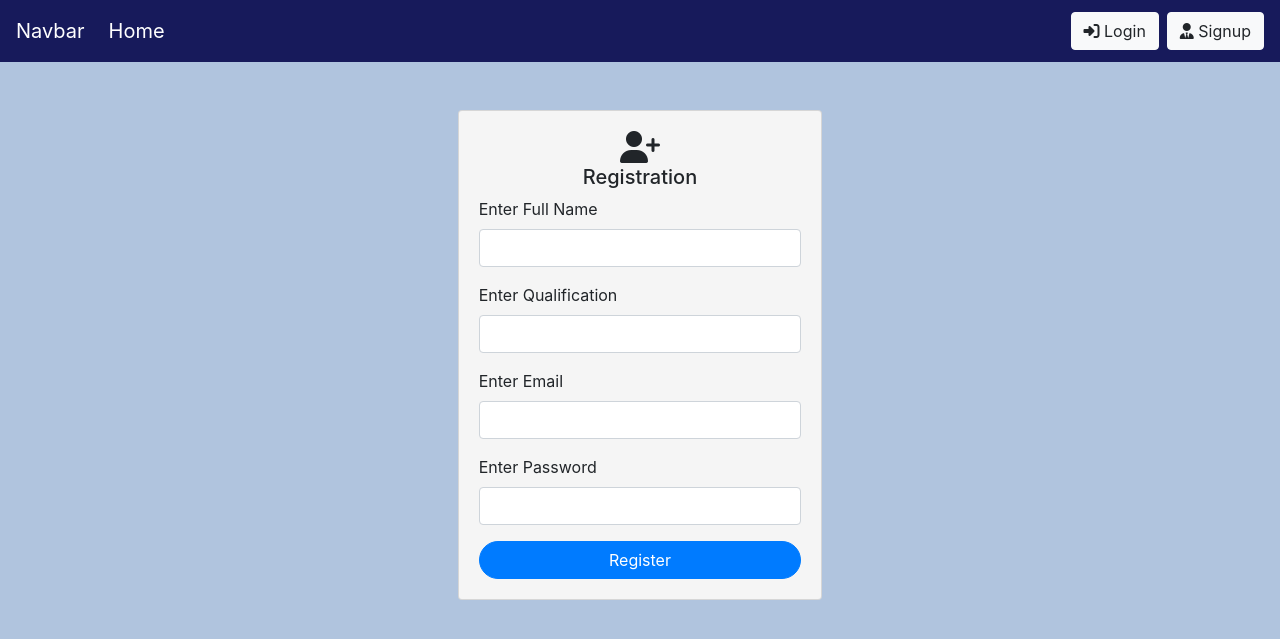
Repository: niranttalware/Online-Job-Portal
Page: http://localhost/Job_Portal/signup.jsp
These files come from the project's save history. The page is drawn as it stood at one moment and after the next save; the edit follows.
The browser window is 1280 px wide. The pictures show the whole page.
Some web libraries are served in a nearby version. The page is served by Tomcat 9.

Above is the page before, as saved 2024-04-11 07:05:03.

After the next save:
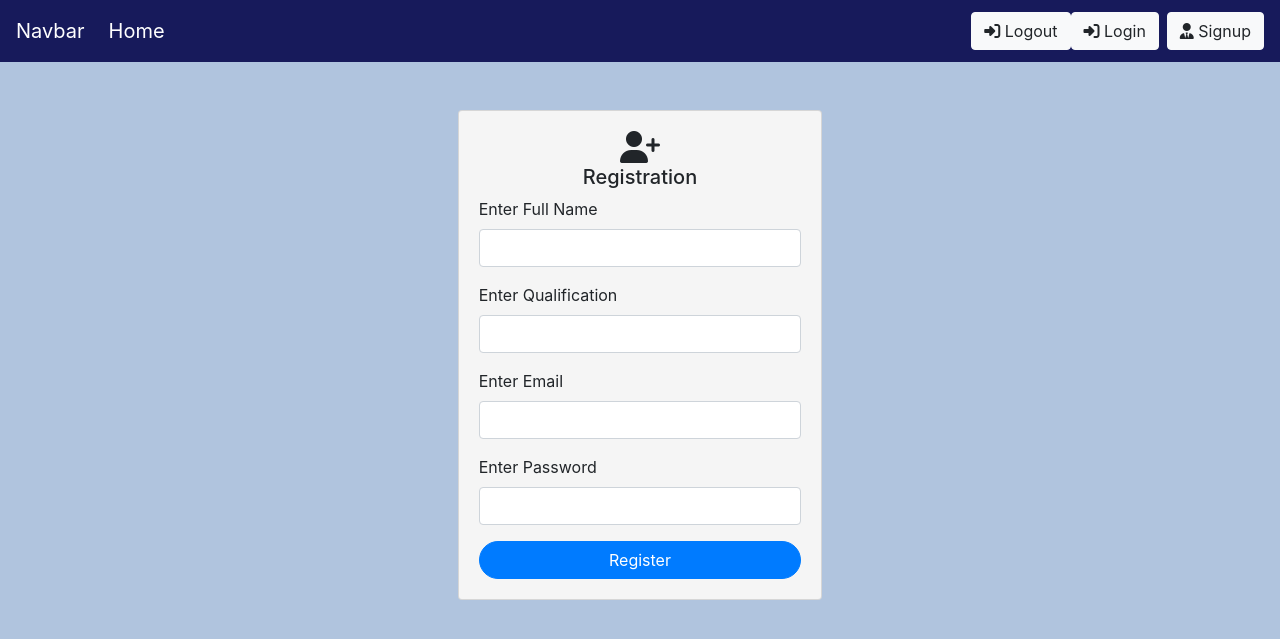
Saved 53 min 51 s later.
--- a/Job_Portal/src/main/webapp/all_component/navbar.jsp
+++ b/Job_Portal/src/main/webapp/all_component/navbar.jsp
@@ -28,12 +28,13 @@
 		</ul>
 		<form class="form-inline my-2 my-lg-0">
 
-			<c:if test="${not empty userobj}">
+			<c:if test="${userobj.role eq 'admin'}">
 				<a href="#" class="btn btn-light mr-2"><i
 					class="fa-solid fa-user-tie"></i> Admin</a>
+			</c:if>
 				<a href="#" class="btn btn-light"><i
 					class="fa-solid fa-right-to-bracket"></i> Logout </a>
-			</c:if>
+
 
 			<c:if test="${empty userobj}">
 				<a href="login.jsp" class="btn btn-light mr-2"><i

After the 4 saves that followed:
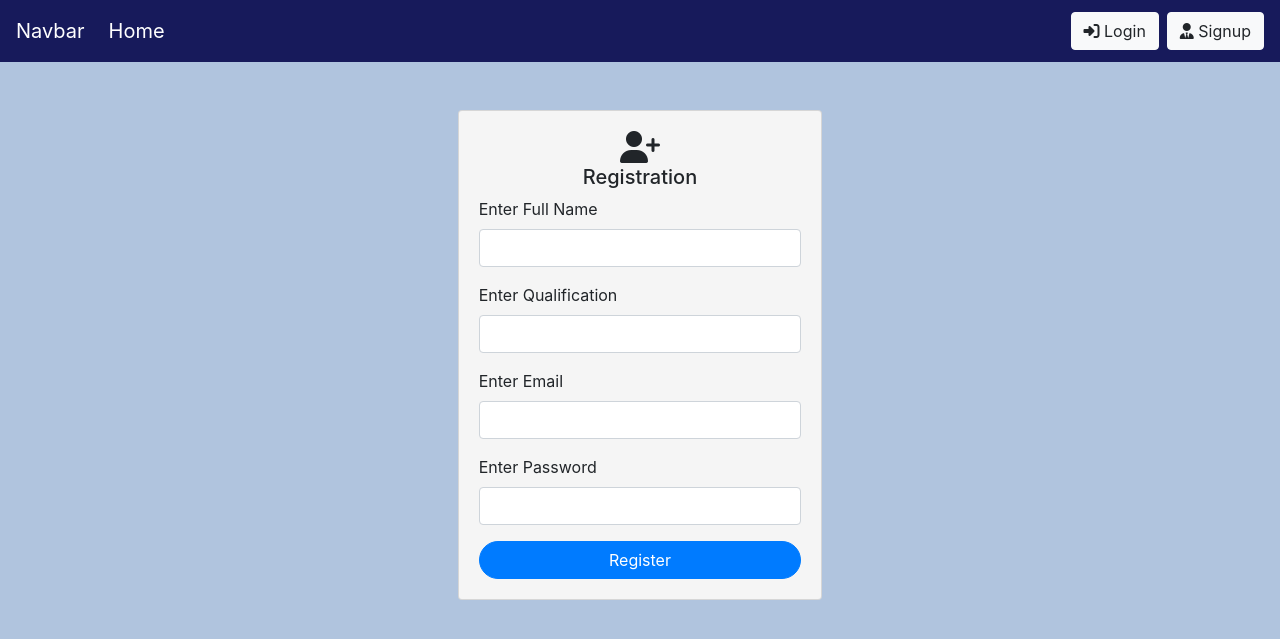
The 4 saves are shown as one change because 3 left the picture as it was.
The last was saved 2 min 52 s later.
--- a/Job_Portal/src/main/webapp/all_component/navbar.jsp
+++ b/Job_Portal/src/main/webapp/all_component/navbar.jsp
@@ -31,10 +31,14 @@
 			<c:if test="${userobj.role eq 'admin'}">
 				<a href="#" class="btn btn-light mr-2"><i
 					class="fa-solid fa-user-tie"></i> Admin</a>
+				<a href="logout" class="btn btn-light"><i
+					class="fa-solid fa-right-to-bracket"></i> Logout </a>
 			</c:if>
-				<a href="#" class="btn btn-light"><i
-					class="fa-solid fa-right-to-bracket"></i> Logout </a>
 
+			<c:if test="${userobj.role eq 'user'}">
+				<a href="#" class="btn btn-light mr-2"><i
+					class="fa-solid fa-user-tie"></i>${userobj.name}</a>
+			</c:if>
 
 			<c:if test="${empty userobj}">
 				<a href="login.jsp" class="btn btn-light mr-2"><i
